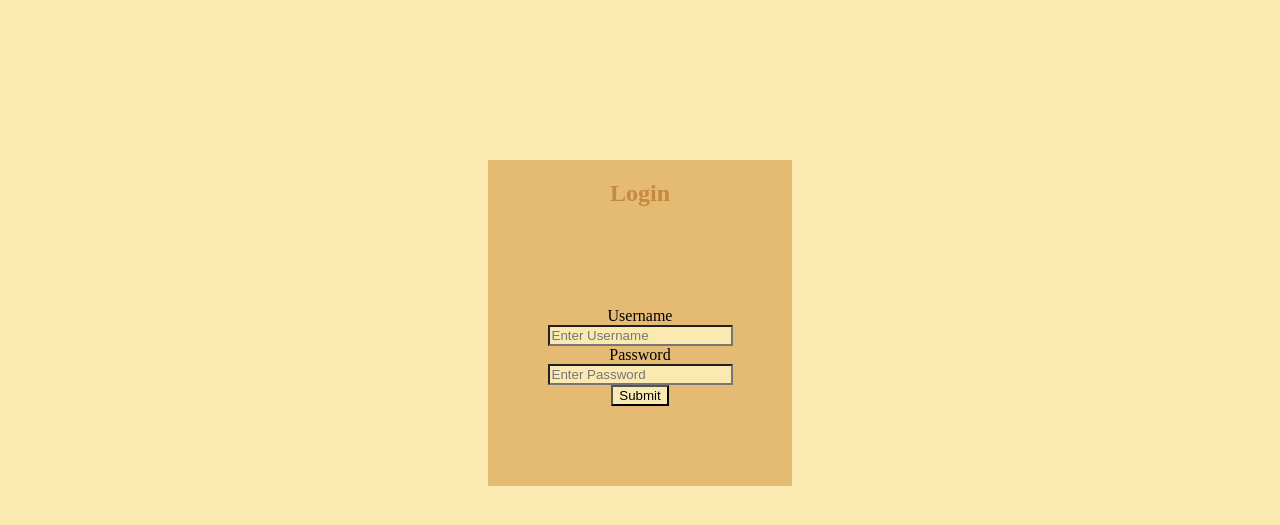
Repository: Shivamkr522/Contact_Us_Page
Page: http://localhost/ContactUs/login.jsp
The author's editor kept a copy of each file at every save. The page is drawn from the files as they stood at one save, then again after the next save.
The browser window is 1280 px wide. The pictures show the whole page.
The page is served by Tomcat 9.

Above is the page before, as saved 2022-12-11 13:22:15.

After the next save:
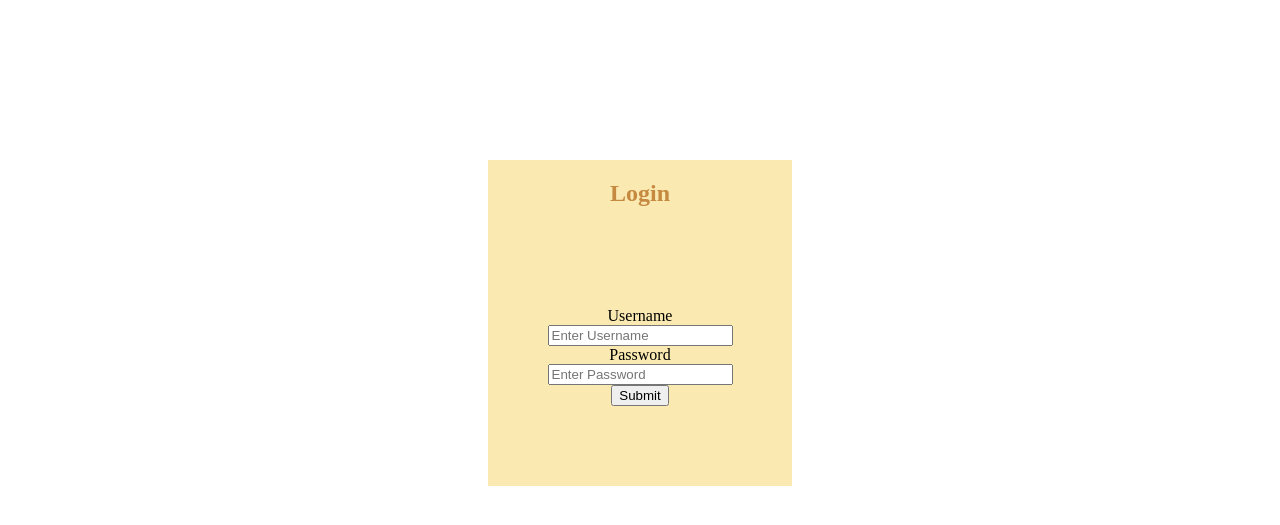
Saved 42 s later.
--- a/ContactUs/src/main/webapp/login.css
+++ b/ContactUs/src/main/webapp/login.css
@@ -1,30 +1,24 @@
 @charset "UTF-8";
 
-*{
-	background-color: #FAEAB1;
 
-}
 
 h2{
 	text-align: center;
 	color: #C58940;
-	background-color: #E5BA73;
 }
 
 .label-data{
 	margin: 2rem;
-	background-color: #E5BA73;
 }
 
 form{
 	text-align: center;
 	padding: 5rem 0;
-	background-color: #E5BA73;
 }
 
 #login-box{
 	display: flex;
 	flex-direction: column;
-	background-color: #E5BA73;
+	background-color: #FAEAB1;
 	margin: 10rem 30rem;
 }
